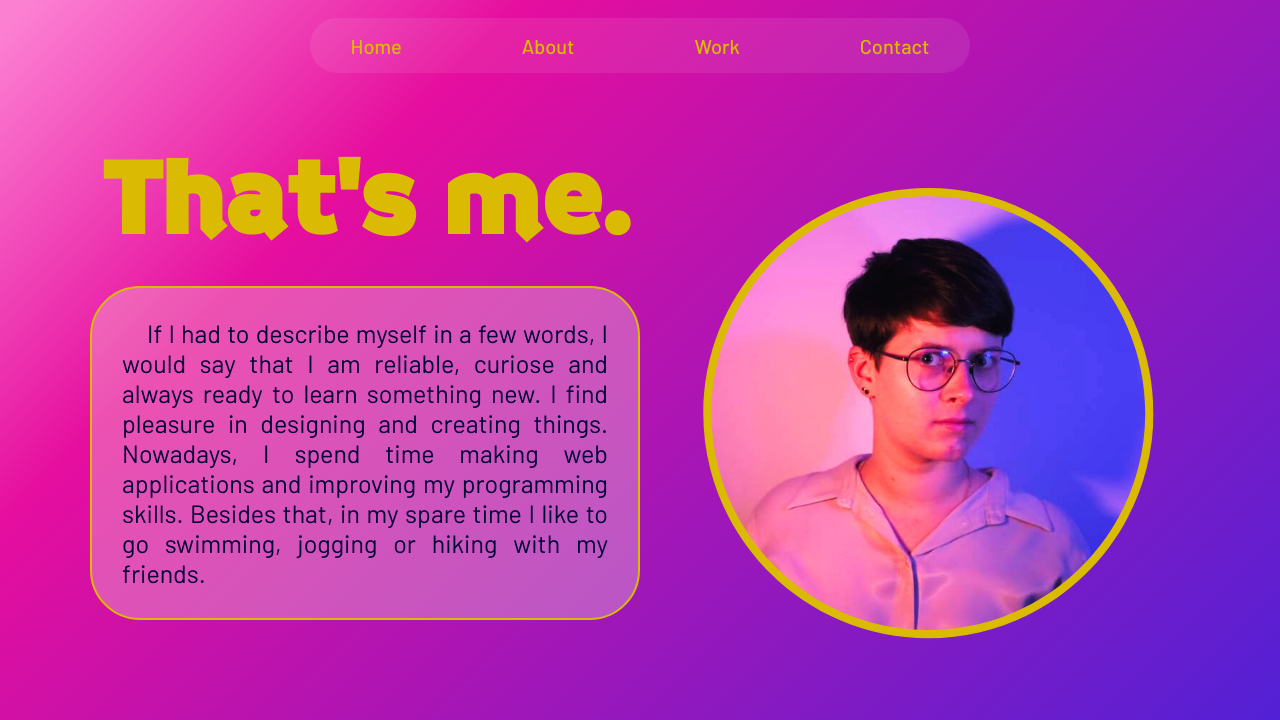
Repository: JJonka/portfolio_site
Page: /about
The author's editor kept a copy of each file at every save. The page is drawn from the files as they stood at one save, then again after the next save.
The browser window is 1280 px wide. The pictures show the whole page.
The project was rebuilt for these pictures with package versions that can differ from the ones it lists, and the page was loaded fresh each time. Also part of the build but not shown: vite.config.ts, src/pages/HomePage.tsx, src/components/LogoIcon.module.scss, src/components/LogoIcon.tsx, src/pages/Contact.tsx, src/pages/Work.module.scss, src/pages/Work.tsx.

Above is the page before, as saved 2023-10-08 16:00:28.

After the next save:
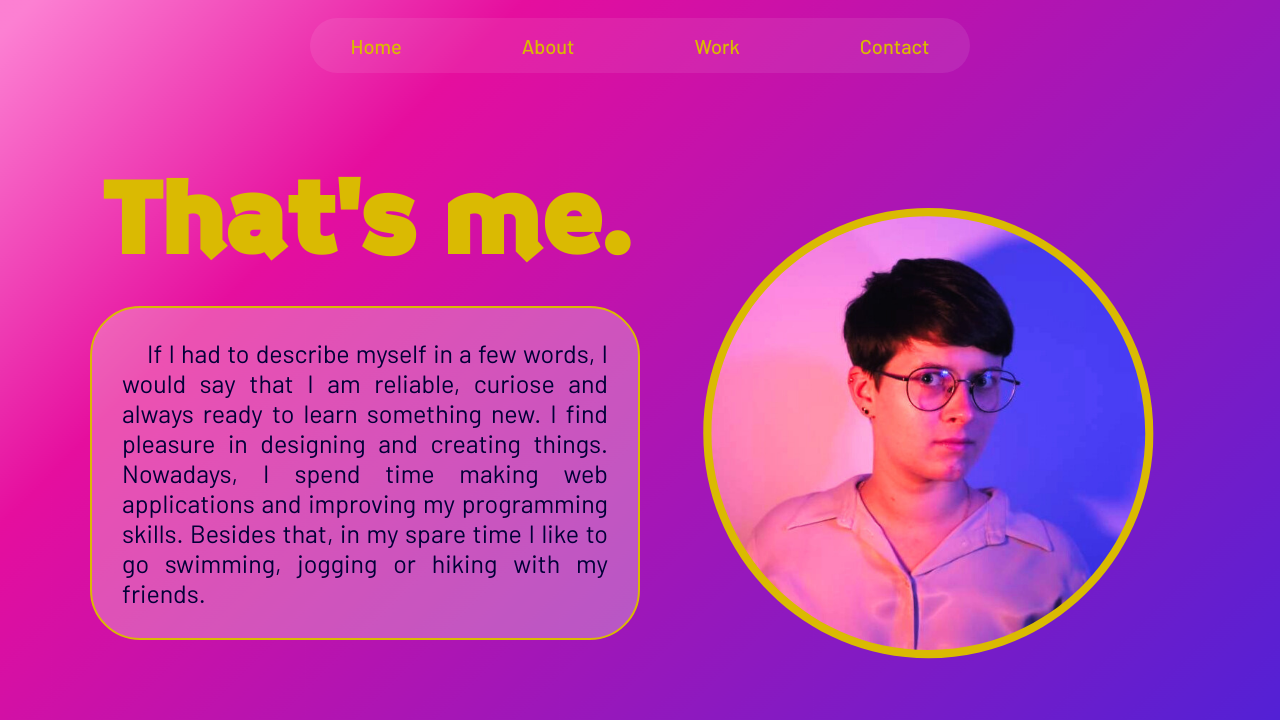
Saved 6 s later.
--- a/src/pages/About.module.scss
+++ b/src/pages/About.module.scss
@@ -25,7 +25,7 @@
     width: 1100px;
     gap: 50px;
     margin-bottom: 10px;
-    margin-top: 60px;
+    margin-top: 80px;
 }
 
 .image {
